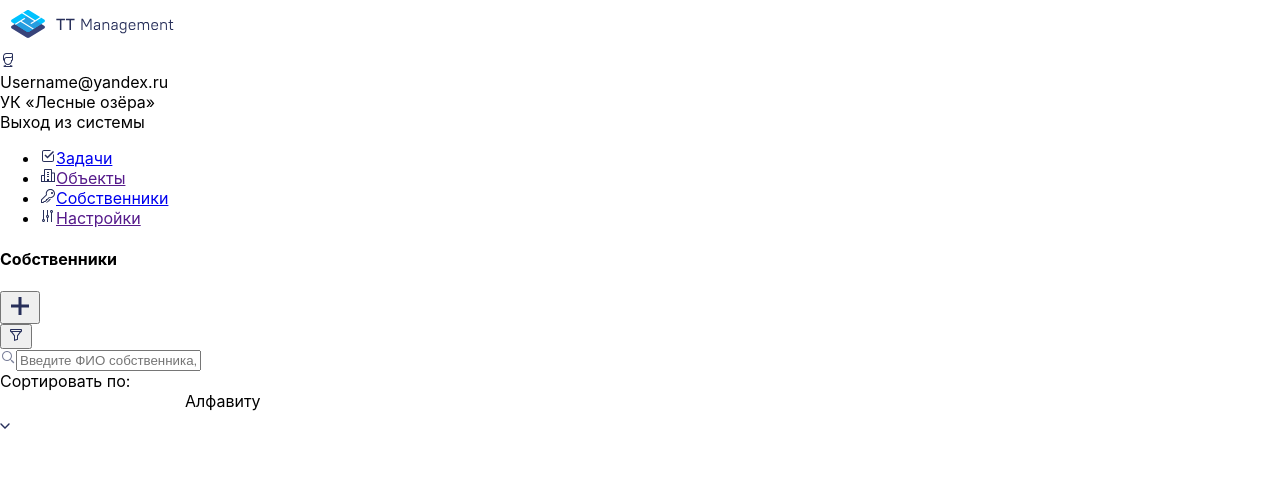
Repository: TryBr/tt-management
Page: /owners
These files come from the project's save history. The page is drawn as it stood at one moment and after the next save; the edit follows.
The browser window is 1280 px wide. The pictures show the whole page.
The project was rebuilt for these pictures with package versions that can differ from the ones it lists, and the page was loaded fresh each time. Also part of the build but not shown: src/App.css, src/TaskDetail.js.

Above is the page before, as saved 2020-07-20 02:01:11.

After the next save:
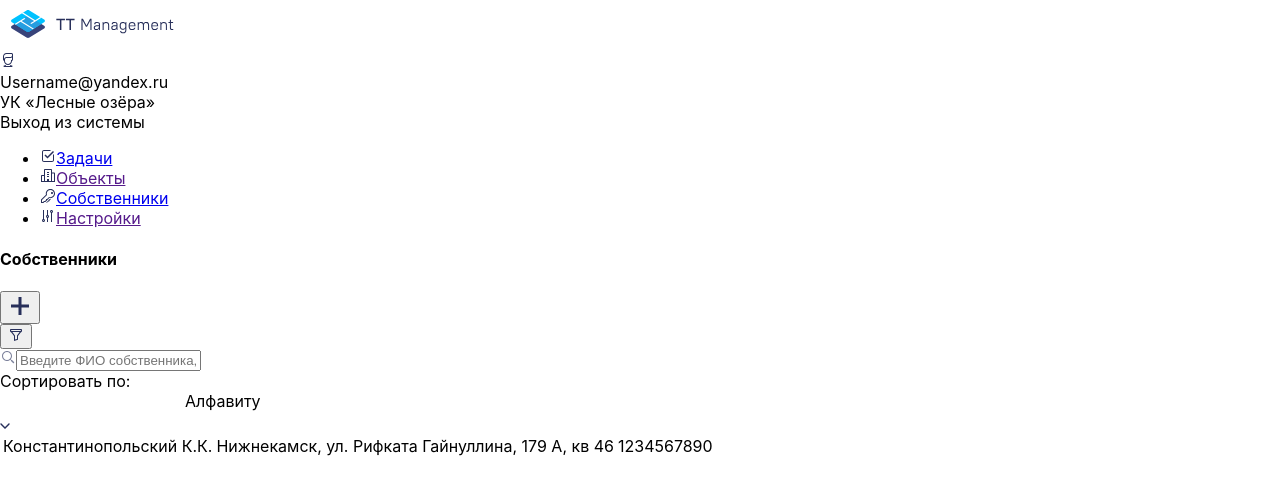
Saved 55 s later.
--- a/src/Owners.js
+++ b/src/Owners.js
@@ -45,10 +45,12 @@ const SelectIconPrefix = () => (
 
 const dataSource = [
         {
-        name: 'Причина задачи',
-        info: 'Малое потребление холодной воды'
+        fio: 'Константинопольский К.К.',
+        address: 'Нижнекамск, ул. Рифката Гайнуллина, 179 А, кв 46',
+        post: '1234567890',
+        btn: ''
         },
-    ];
+];
 
     const columns = [
         {
